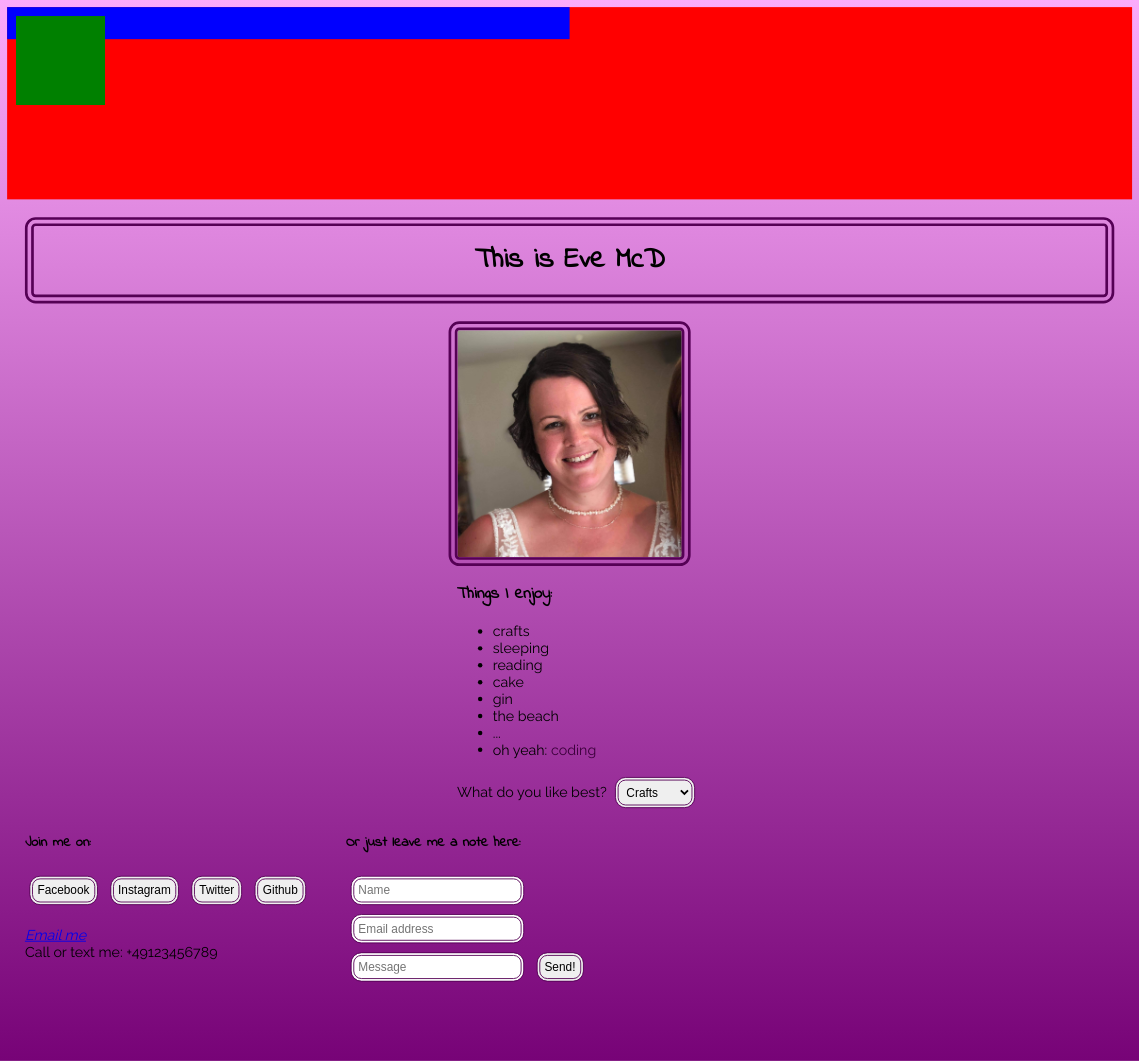
Repository: evemcd/Strive-Ignite-W1
Page: index.html
These files come from the project's save history. The page is drawn as it stood at one moment and after the next save; the edit follows.
The browser window is 1280 px wide. The pictures show the whole page, at 89% of full size.

Above is the page before, as saved 2021-01-17 20:24:14.

After the next save:
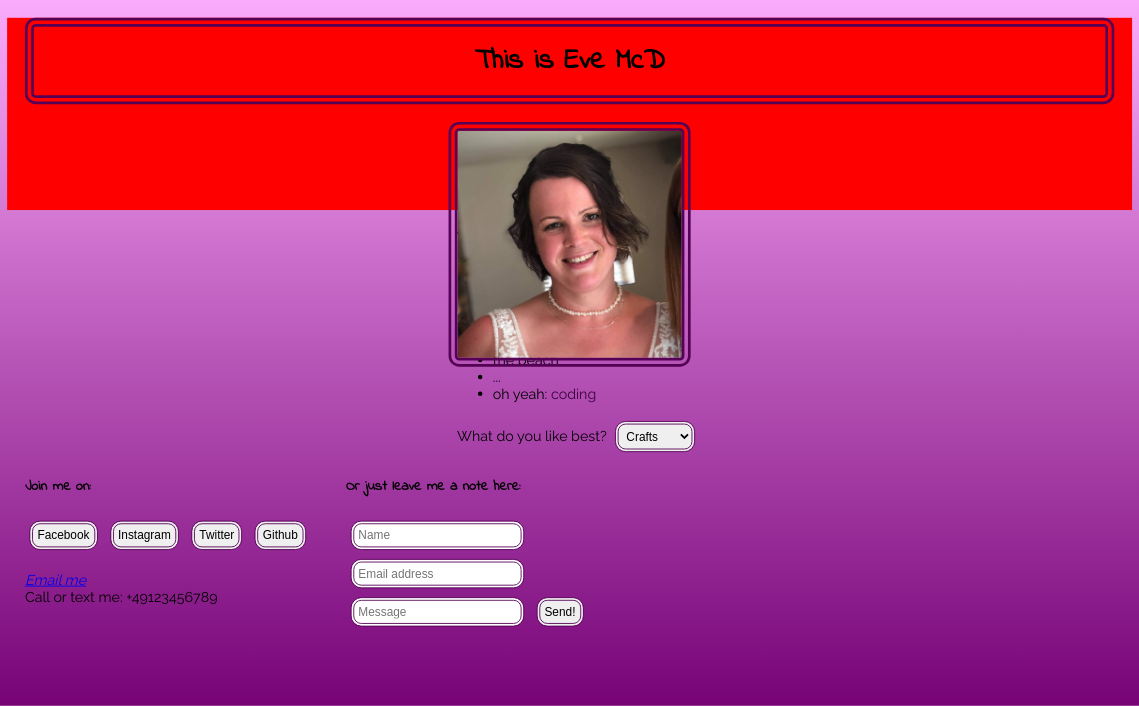
Saved 2 min 48 s later.
--- a/index.html
+++ b/index.html
@@ -12,20 +12,13 @@
 
 <body>
     <div id="header">
-      <div class="box1"></div>
-
-        <div class="header__title">
-
+        <div class="header-title">
+            <h1>This is Eve McD</h1>
         </div>
-        <div class="header__image">
-
+        <div class="header-image">
+            <img src="Eve.jpg" class="center" alt="photo of Eve McD" />
         </div>
     </div>
-    <div>
-        <h1>This is Eve McD</h1>
-        <img src="Eve.jpg" class="center" alt="photo of Eve McD" />
-    </div>
-    <!-- list -->
     <div class="hobbies">
         <h3>Things I enjoy:</h3>
         <ul>
